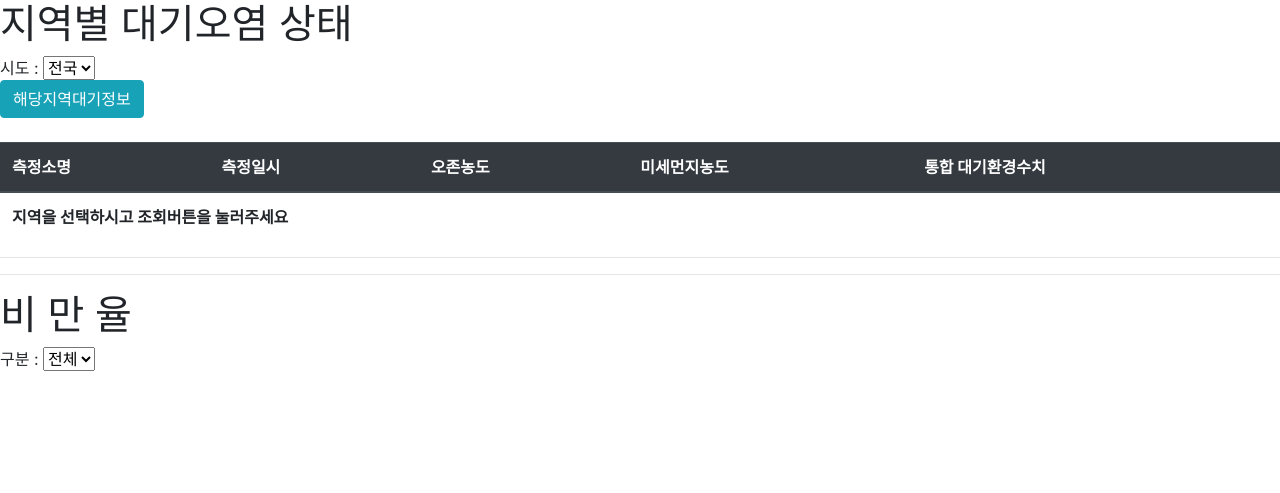
Repository: LeeSeongWook1/semi_Spring
Page: http://localhost/apiProject/
The author's editor kept a copy of each file at every save. The page is drawn from the files as they stood at one save, then again after the next save.
The browser window is 1280 px wide. The pictures show the whole page.
The page is served by Tomcat 9.

Above is the page before, as saved 2024-04-25 07:49:49.

After the next save:
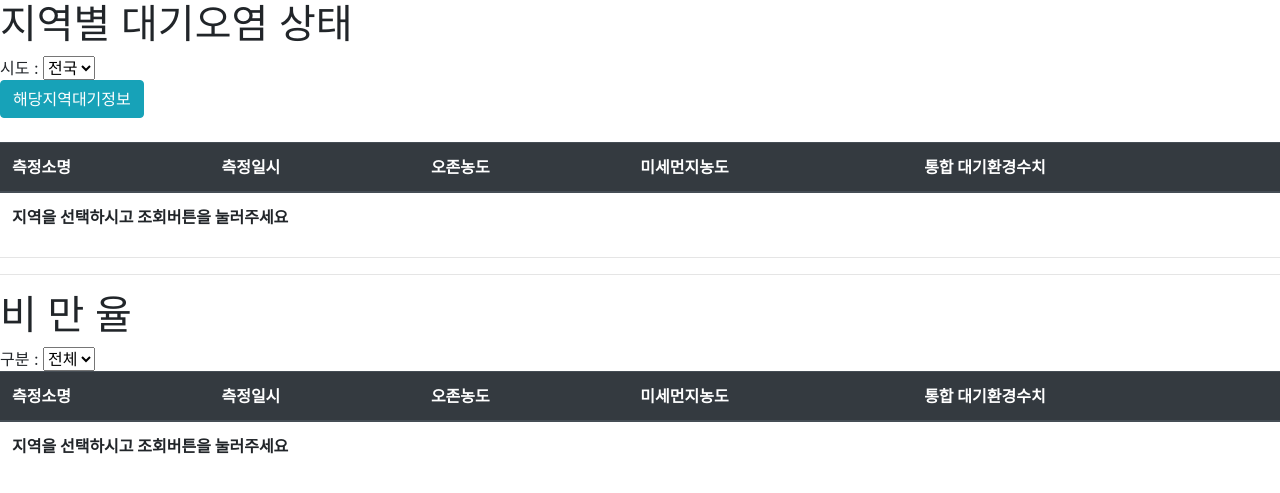
Saved 20 s later.
--- a/apiProject/src/main/webapp/index.jsp
+++ b/apiProject/src/main/webapp/index.jsp
@@ -166,5 +166,23 @@
 	</select>
 
 
+	<table class="table table-hover">
+		<thead class="thead-dark">
+			<tr>
+				<th>측정소명</th>
+				<th>측정일시</th>
+				<th>오존농도</th>
+				<th>미세먼지농도</th>
+				<th>통합 대기환경수치</th>
+			</tr>
+		</thead>
+		<tbody>
+			<tr>
+				<th colspan="5">지역을 선택하시고 조회버튼을 눌러주세요 </th>
+			</tr>
+		</tbody>
+	</table>
+
+
 </body>
 </html>
